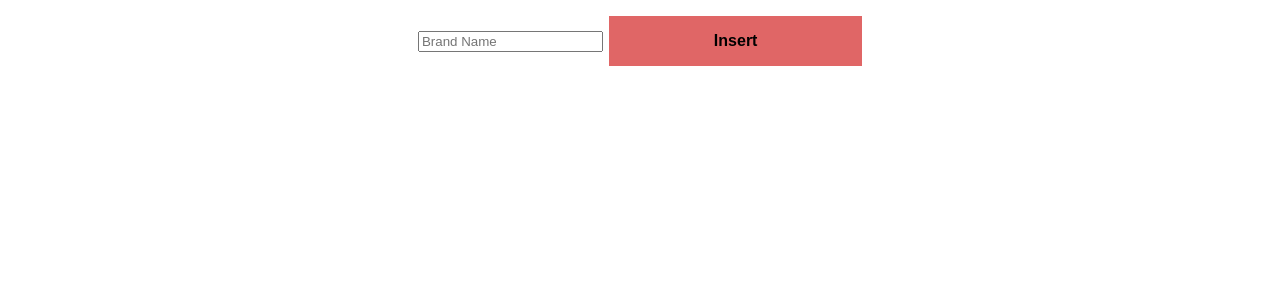
Repository: developerks611/Bumble-bee
Page: http://localhost/Bumble/add-brand.jsp
The author's editor kept a copy of each file at every save. The page is drawn from the files as they stood at one save, then again after the next save.
The browser window is 1280 px wide. The pictures show the whole page.
The page is served by Tomcat 9.

Above is the page before, as saved 2023-02-28 05:43:03.

After the next save:
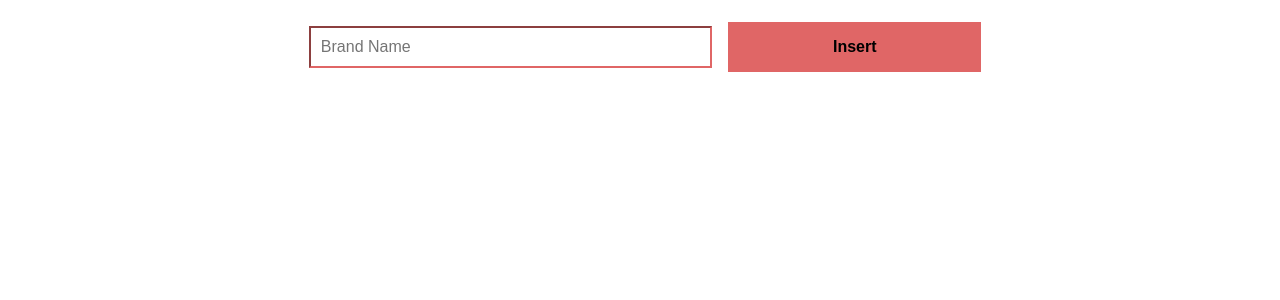
Saved 45 s later.
--- a/Bumble/src/main/webapp/add-brand.jsp
+++ b/Bumble/src/main/webapp/add-brand.jsp
@@ -26,14 +26,22 @@
     padding:10px;
     font-weight:bold;
 }
+.txt_input{
 
+	width:30%;
+	height:auto;
+	margin:10px;
+	padding:10px;
+	font-size:100%;
+	border-color:#e06666;
+}
 </style>
 </head>
 <body>
 	<div class="container">
 		<p>${message }<p>
 		<form action="addBrand" method="post">
-			<input type="text" placeholder="Brand Name"><button type="submit" class="btn btn-success createAccount">Insert</button>
+			<input type="text" class="txt_input" placeholder="Brand Name"><button type="submit" class="btn btn-success createAccount">Insert</button>
 		</form>
 
 
